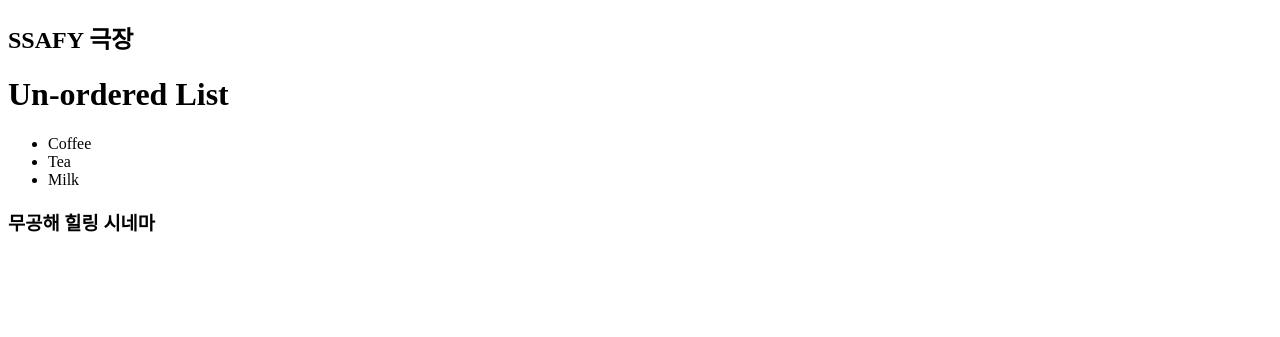
Repository: Seonhanbit/dev
Page: work_frontend/ws_frontend_0826_선한빛/WebContent/index.html
The author's editor kept a copy of each file at every save. The page is drawn from the files as they stood at one save, then again after the next save.
The browser window is 1280 px wide. The pictures show the whole page.

Above is the page before, as saved 2019-08-26 06:56:18.

### work_frontend/ws_frontend_0826_선한빛/WebContent/index.html
<!DOCTYPE html>
<html>
<head>
<meta charset="UTF-8">
<title>Insert title here</title>
</head>
<body>
	<header>
		<h2>SSAFY 극장</h2>

		<h1 id="ul">Un-ordered List</h1>
		<ul>
			<li>Coffee</li>
			<li>Tea</li>
			<li>Milk</li>
		</ul>

		<h3>무공해 힐링 시네마</h3>

	</header>
</body>
</html>

After the next save:
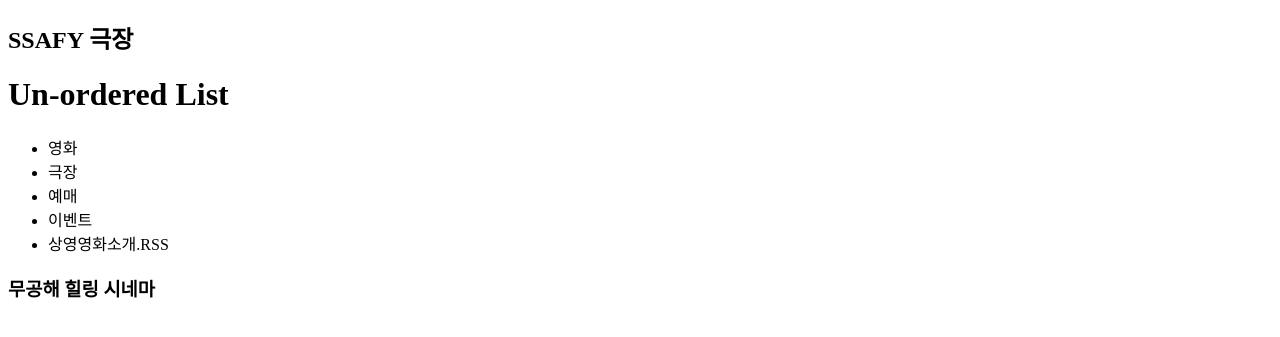
Saved 32 s later.
--- a/work_frontend/ws_frontend_0826_선한빛/WebContent/index.html
+++ b/work_frontend/ws_frontend_0826_선한빛/WebContent/index.html
@@ -10,9 +10,11 @@
 
 		<h1 id="ul">Un-ordered List</h1>
 		<ul>
-			<li>Coffee</li>
-			<li>Tea</li>
-			<li>Milk</li>
+			<li>영화</li>
+			<li>극장</li>
+			<li>예매</li>
+			<li>이벤트</li>
+			<li>상영영화소개.RSS</li>
 		</ul>
 
 		<h3>무공해 힐링 시네마</h3>
